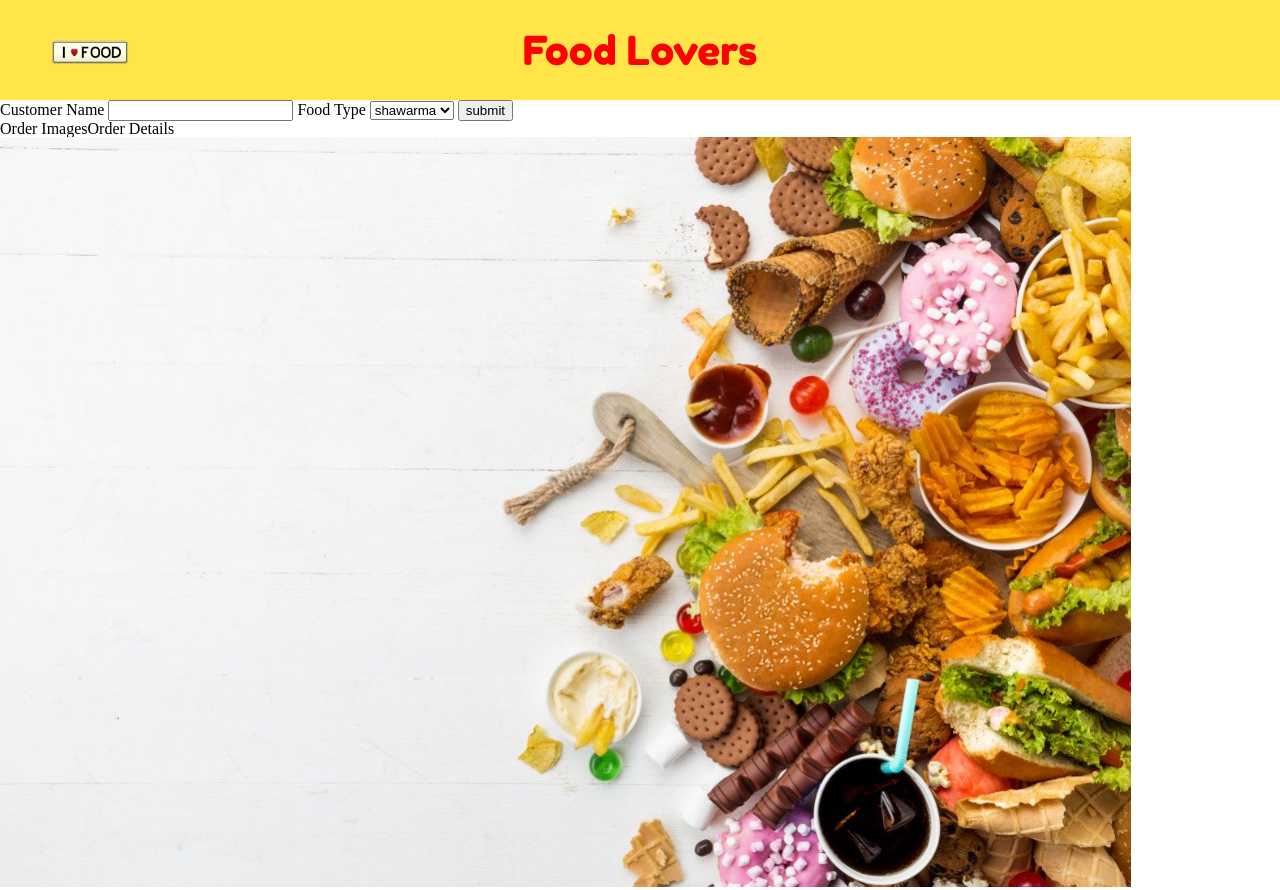
Repository: Razan-am/foodLovers
Page: index.html
The author's editor kept a copy of each file at every save. The page is drawn from the files as they stood at one save, then again after the next save.
The browser window is 1280 px wide. The pictures show the whole page.

Above is the page before, as saved 2021-06-01 11:02:21.

After the next save:
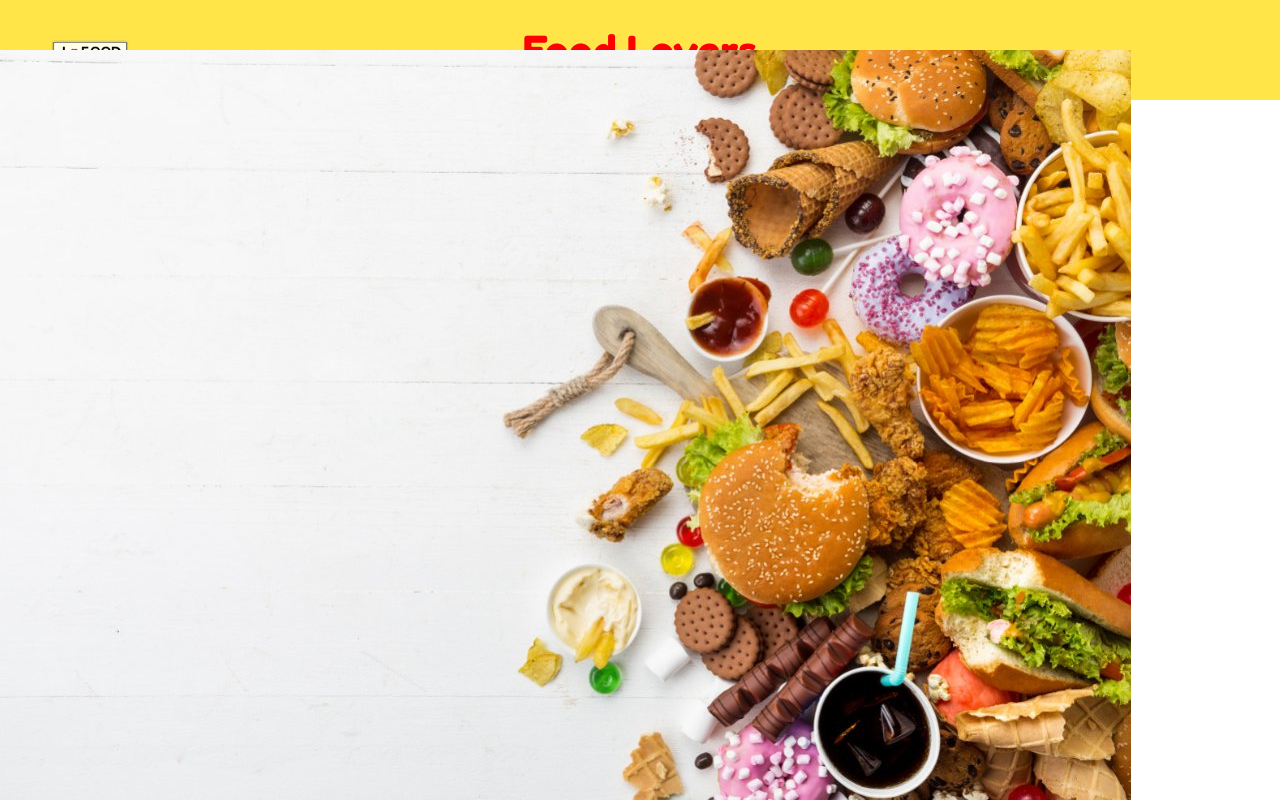
Saved 21 s later.
--- a/css/style.css
+++ b/css/style.css
@@ -21,7 +21,10 @@ header img{
     width: 120px;
     height: 100px;
 }
-
+main img{
+    top: 50px;
+    position: absolute;
+}
 table img{
     width: 50px;
     height: 50px;
